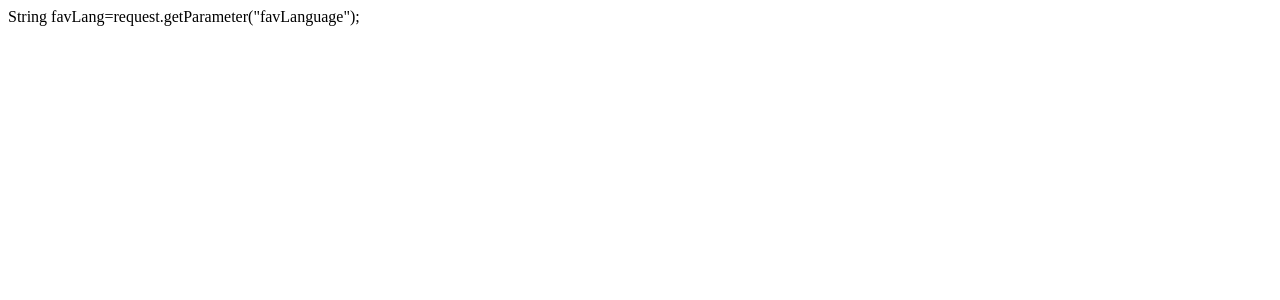
Repository: RMVLajaykumar/monojavaee
Page: http://localhost/05-cookies-demo/cookies-response.jsp
The author's editor kept a copy of each file at every save. The page is drawn from the files as they stood at one save, then again after the next save.
The browser window is 1280 px wide. The pictures show the whole page.
The page is served by Tomcat 9.

Above is the page before, as saved 2024-07-15 06:32:21.

### 05-cookies-demo/WebContent/cookies-response.jsp
<%@ page language="java" contentType="text/html; charset=ISO-8859-1"
    pageEncoding="ISO-8859-1"%>
<!DOCTYPE html>
<html>
<head>
<meta charset="ISO-8859-1">
<title>Insert title here</title>
</head>
<body>

   String favLang=request.getParameter("favLanguage");



</body>
</html>

After the next save:
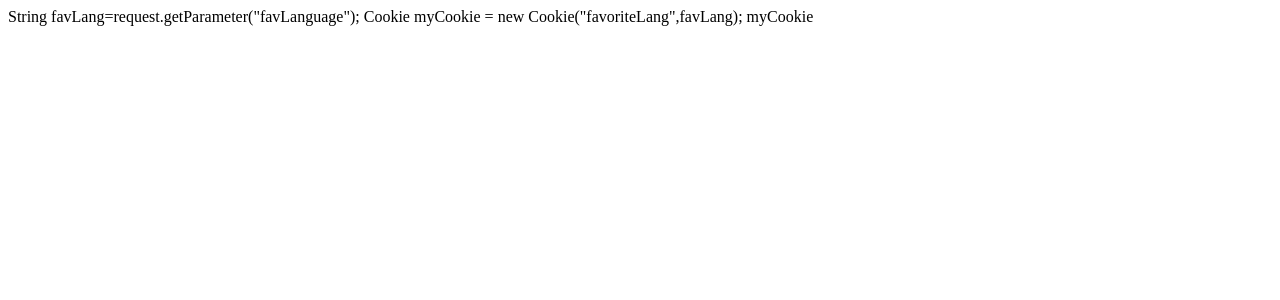
Saved 5 s later.
--- a/05-cookies-demo/WebContent/cookies-response.jsp
+++ b/05-cookies-demo/WebContent/cookies-response.jsp
@@ -9,6 +9,8 @@
 <body>
 
    String favLang=request.getParameter("favLanguage");
+   Cookie myCookie = new Cookie("favoriteLang",favLang);
+   myCookie
 
 
 
